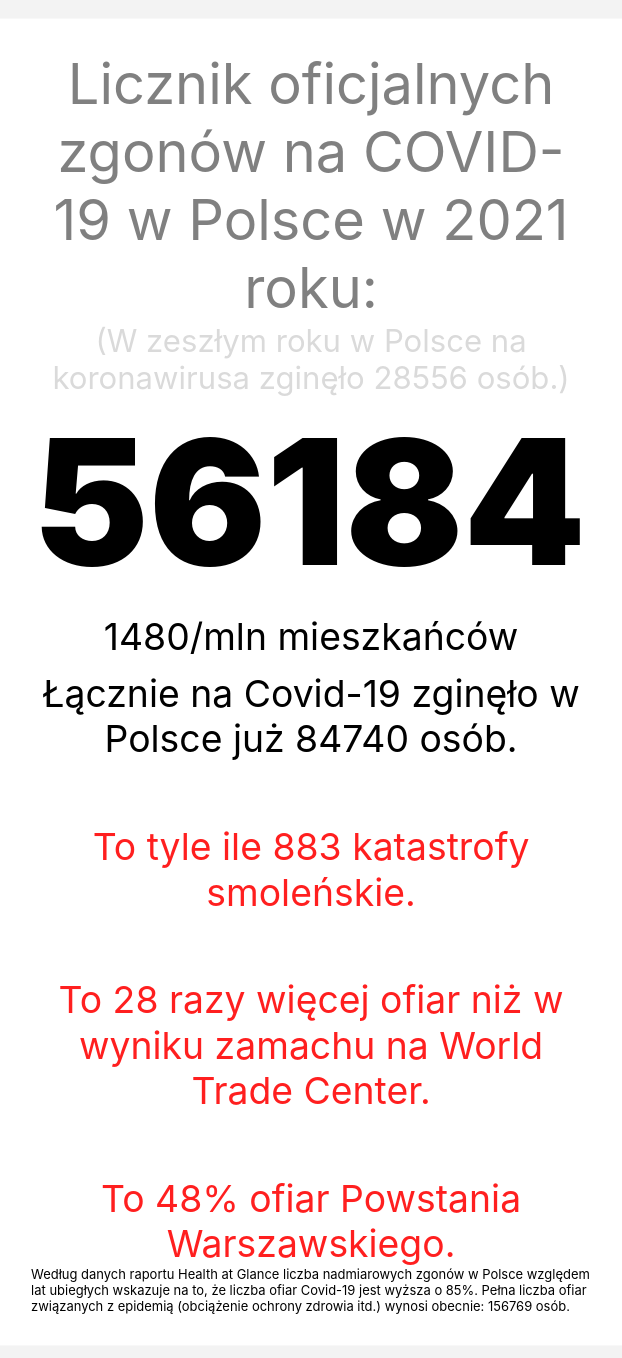
Repository: michalgornicki/poland-covid
Page: /
These files come from the project's save history. The page is drawn as it stood at one moment and after a run of saves; the edit follows.
The browser window is 768 px wide. The pictures show the whole page, at 81% of full size.
The project was rebuilt for these pictures with package versions that can differ from the ones it lists, and the page was loaded fresh each time.

Above is the page before, as saved 2021-12-04 21:14:28.

After the next 3 saves:
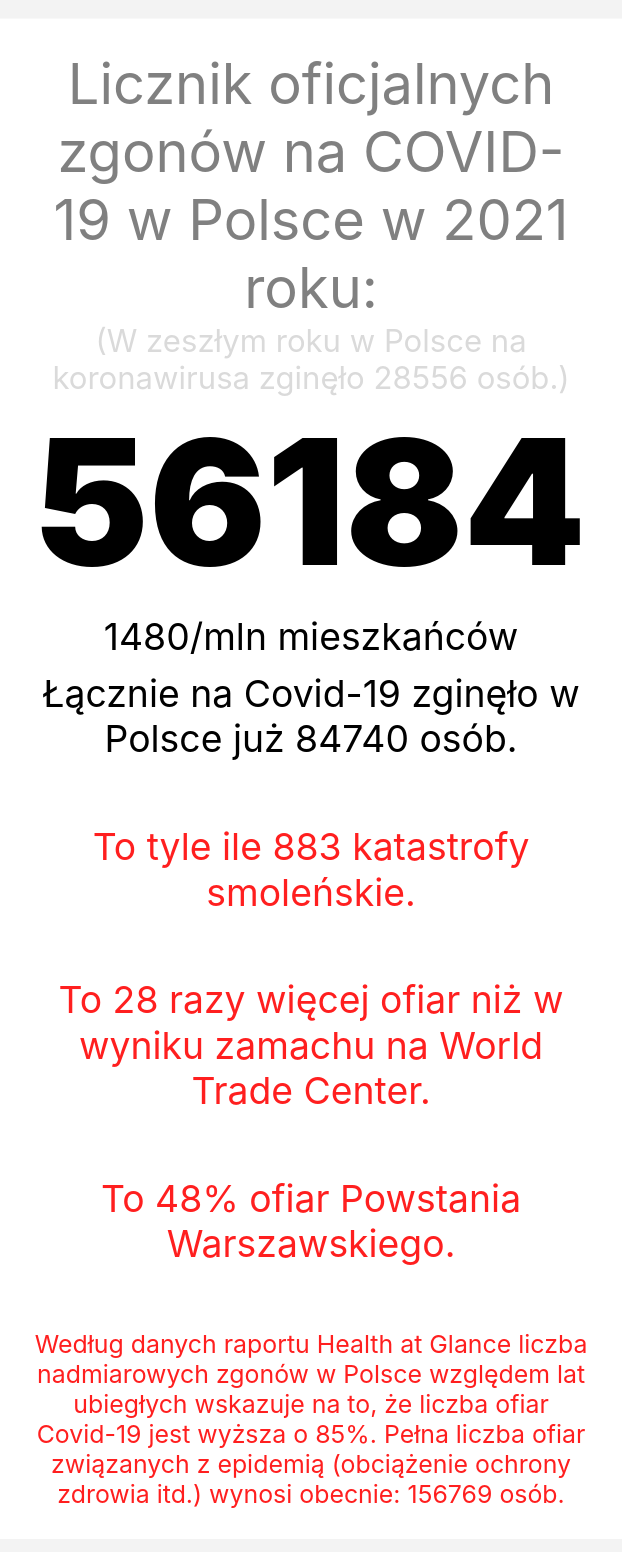
The 3 saves are shown as one change because they came seconds apart.
The last was saved 14 s later.
--- a/src/App.css
+++ b/src/App.css
@@ -135,4 +135,14 @@
         text-align: center;
         color: rgb(255, 31, 31);
     }
+
+    .counter-5{
+        font-size: 4vmin;
+        display: block;
+        margin: auto;
+        margin-top: 10vmin;
+        width: fit-content;
+        text-align: center;
+        color: rgb(255, 31, 31);
+    }
 }

After the save that followed:
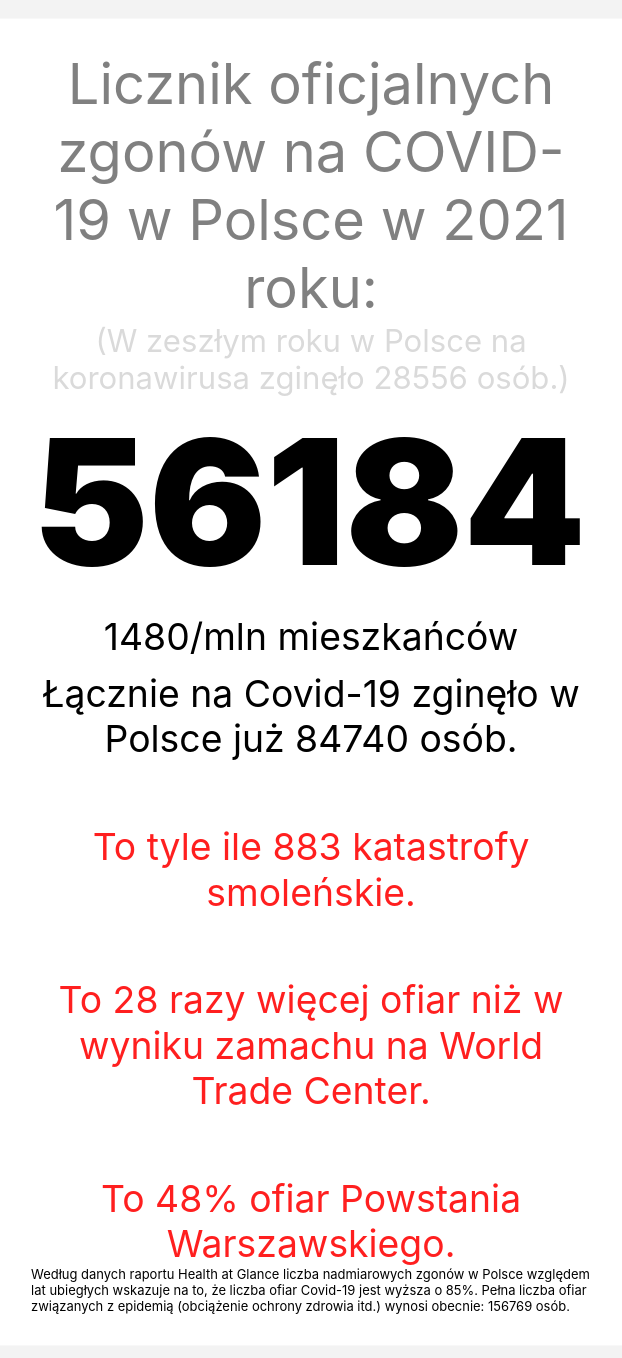
Saved 35 s later.
--- a/src/App.css
+++ b/src/App.css
@@ -136,13 +136,4 @@
         color: rgb(255, 31, 31);
     }
 
-    .counter-5{
-        font-size: 4vmin;
-        display: block;
-        margin: auto;
-        margin-top: 10vmin;
-        width: fit-content;
-        text-align: center;
-        color: rgb(255, 31, 31);
-    }
 }
